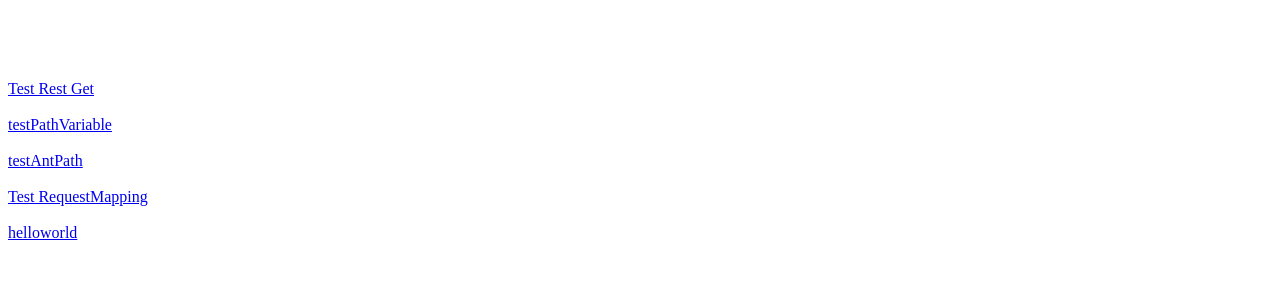
Repository: lhang662543608/Java-Study
Page: http://localhost/springmvc/
An editor plug-in stored every save of this project. The page is shown before and after the next save, followed by the edit.
The browser window is 1280 px wide. The pictures show the whole page.
The page is served by Tomcat 9. Other server files are loaded and not shown.

Above is the page before, as saved 2020-07-13 09:17:18.

### SpringMVC/springmvc/WebContent/index.jsp
<%@ page language="java" contentType="text/html; charset=ISO-8859-1"
	pageEncoding="ISO-8859-1"%>
<!DOCTYPE html PUBLIC "-//W3C//DTD HTML 4.01 Transitional//EN" "http://www.w3.org/TR/html4/loose.dtd">
<html>
<head>
<meta http-equiv="Content-Type" content="text/html; charset=ISO-8859-1">
<title>Insert title here</title>
</head>
<body>
	<br />
	<br />

	<br />
	<br />
	<a href="springmvc/testRest/1">Test Rest Get</a>
	<br />
	<br />
	<a href="springmvc/testPathVariable/1">testPathVariable</a>
	<br />
	<br />
	<a href="springmvc/testAntPath/*/abc">testAntPath</a>
	<br />
	<br />
	<a href="say/helloworld">Test RequestMapping</a>
	<br />
	<br />
	<a href="helloworld">helloworld</a>
</body>
</html>

After the next save:
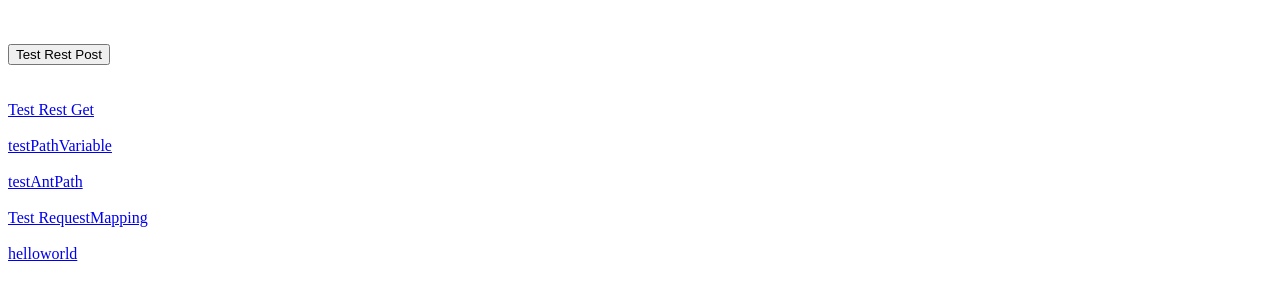
Saved 117 s later.
--- a/SpringMVC/springmvc/WebContent/index.jsp
+++ b/SpringMVC/springmvc/WebContent/index.jsp
@@ -9,7 +9,9 @@
 <body>
 	<br />
 	<br />
-
+	<form action="springmvc/testRest" method="post">
+		<input type="submit" value="Test Rest Post" />
+	</form>
 	<br />
 	<br />
 	<a href="springmvc/testRest/1">Test Rest Get</a>
